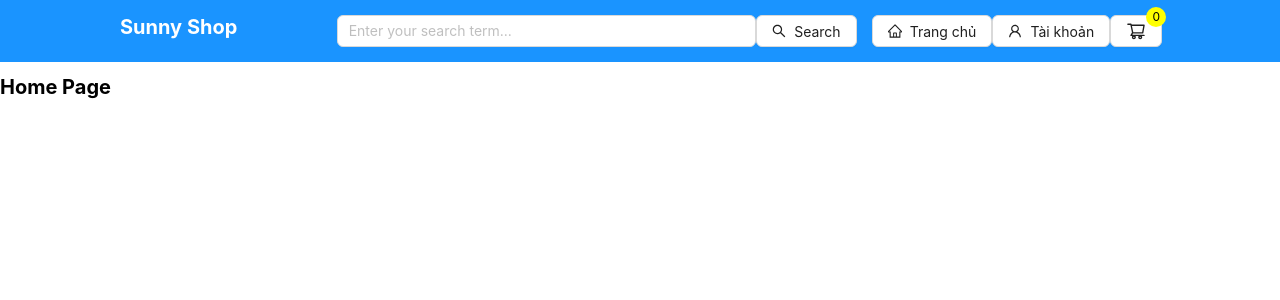
Repository: manhhieu120499/E-Commerce
Page: /
An editor plug-in stored every save of this project. The page is shown before and after the next save, followed by the edit.
The browser window is 1280 px wide. The pictures show the whole page.
The project was rebuilt for these pictures with package versions that can differ from the ones it lists, and the page was loaded fresh each time. Also part of the build but not shown: src/pages/product/Product.js, src/pages/order/Order.js, src/pages/notFound/NotFound.js, src/layouts/NormalLayout/NormalLayout.js.

Above is the page before, as saved 2025-01-01 12:27:15.

After the next save:
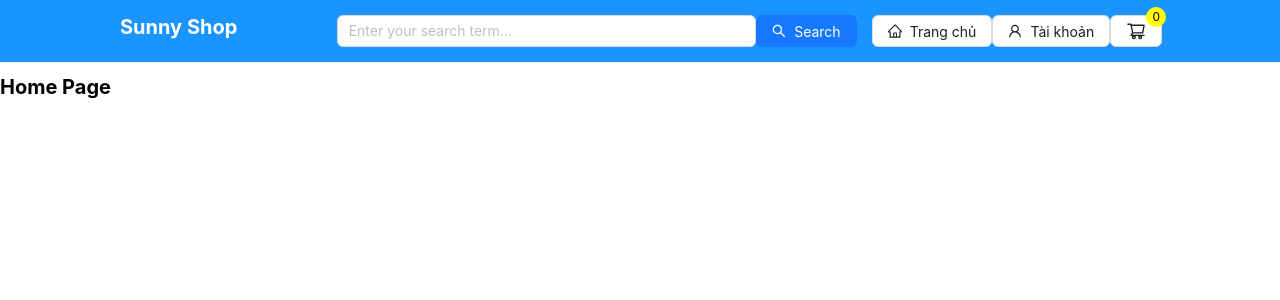
Saved 45 s later.
--- a/src/components/ButtonInputSearch/ButtonInputSearch.js
+++ b/src/components/ButtonInputSearch/ButtonInputSearch.js
@@ -11,7 +11,7 @@ function ButtonInputSearch({
   return (
     <WrapperButtonInputSearch>
       <Input size={size} placeholder={placeholder} />
-      <Button size={size} icon={<Icon />}>
+      <Button size={size} icon={<Icon />} type="primary">
         {textButton}
       </Button>
     </WrapperButtonInputSearch>
